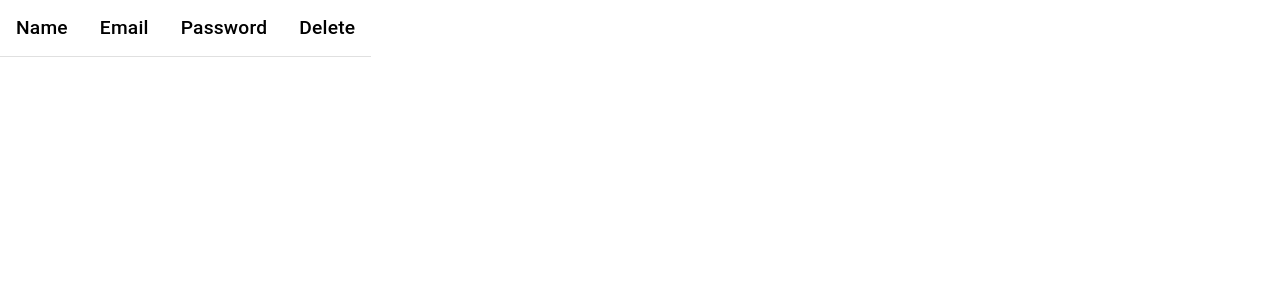
Repository: lalji-yadav/Register-Login-and-CRUD-using-token-and-Without-token-based
Page: /table
These files come from the project's save history. The page is drawn as it stood at one moment and after the next save; the edit follows.
The browser window is 1280 px wide. The pictures show the whole page.
The page's requests for data from a server got no answer. The project was rebuilt for these pictures with package versions that can differ from the ones it lists, and the page was loaded fresh each time. No one was signed in, and anything a server would have sent is missing. Also part of the build but not shown: src/App.css, src/auth/login.js, src/auth/register.js, src/components/reg.js.

Above is the page before, as saved 2021-02-02 20:50:31.

### src/App.js
import './App.css';
import Login from "./auth/login";
import Register from "./auth/register";
import Reg from "./components/reg";
import Table from "./components/table";
import {
  BrowserRouter as Router,
  Switch,
  Route
} from "react-router-dom";

function App() {
  return (
    <div>
      <Router>
        <Switch>
           <Route exact path="/" component={Register} />
           <Route exact path="/loginss" component={Login} />
           <Route exact path="/reg" component={Reg} />
           <Route exact path="/table" component={Table} />
        </Switch>
      </Router>
       {/* <Register /> */}
       {/* <Login /> */}
       {/* <Reg /> */}
    </div>
  );
}

export default App;

### src/components/table.js
import React,{useState, useEffect} from 'react';
import { Table,TableHead,TableRow,TableCell,TableBody,Button } from "@material-ui/core";
import axios from "axios";


const Tables = () => {
    const [data, setData] = useState([]);

    useEffect(() => {
        axios.get('http://localhost:3000/user').then((res) => {
             console.log(res)
            setData(res.data);
           // console.log(res.data);
        }).catch((error) => {
            console.log(error);
        });
    }, []);

    return (
        <div>
             <Table aria-label="simple table">
                    <div className="scroll-tab">

                    <TableHead>
                        <TableRow>
                            <TableCell style={{ fontSize: "1.5vw", color: "black" }}
                             align="center">Name</TableCell>
                            <TableCell style={{ fontSize: "1.5vw", color: "black" }}
                            align="center">Email</TableCell>
                            <TableCell style={{ fontSize: "1.5vw", color: "black" }}
                            align="center">Password</TableCell>
                            <TableCell style={{ fontSize: "1.5vw", color: "black" }}
                            align="center">Delete</TableCell>
                        </TableRow>
                    </TableHead>

                    <TableBody>
                        {data.map((item, row) => (
                            <TableRow key={row.id}>
                                <TableCell style={{ fontSize: "1.3vw" }} align='center'>
                                    {item.name}
                                </TableCell>

                                <TableCell style={{ fontSize: "1.3vw" }} align="center">{item.email}
                                </TableCell>

                                <TableCell style={{ fontSize: "1.3vw" }} align="center">{item.mobile}
                                </TableCell>

                                {/* <TableCell style={{ fontSize: "1.3vw" }} align="center">
                                    {item.completed ? "True" : "False"}
                                </TableCell> */}

                                <TableCell style={{ fontSize: "1.3vw" }} align="center">
                                    <Button style={{ fontSize: "1vw" }}
                                    variant="contained"
                                     color="secondary">Delete</Button>
                                </TableCell>
                            </TableRow>
                        ))}
                    </TableBody>

                    </div>
                </Table>
        </div>
    );
};

export default Tables;

Loaded but not shown: public/index.html (common file); src/index.js (common file); src/index.css (common file); src/reportWebVitals.js (common file)

After the next save:
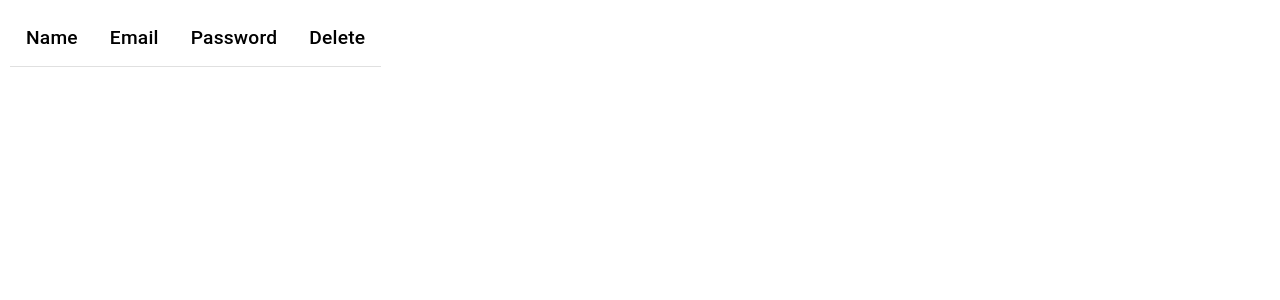
Saved 6 min 4 s later.
--- a/src/components/table.js
+++ b/src/components/table.js
@@ -17,7 +17,7 @@ const Tables = () => {
     }, []);
 
     return (
-        <div>
+        <div style={{padding:'10px'}}>
              <Table aria-label="simple table">
                     <div className="scroll-tab">
 
